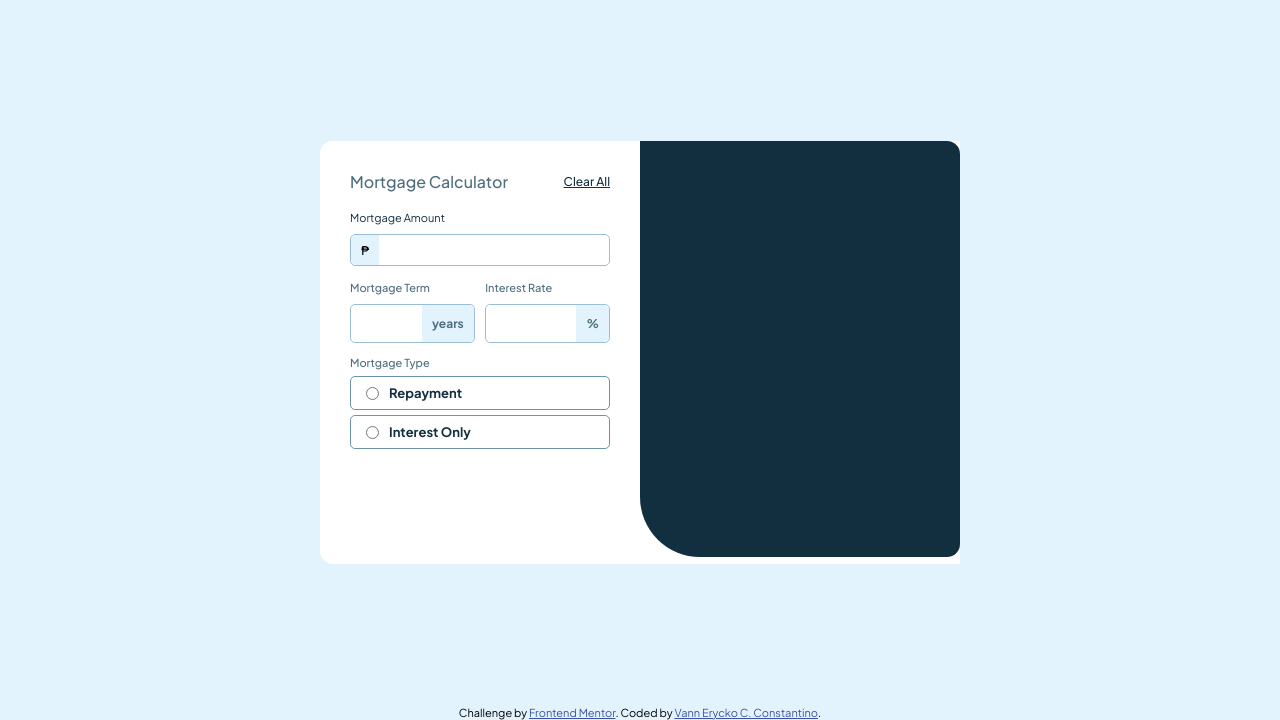
Repository: kocokoy/mortgage-repayment-calculator
Page: index.html
These files come from the project's save history. The page is drawn as it stood at one moment and after the next save; the edit follows.
The browser window is 1280 px wide. The pictures show the whole page.

Above is the page before, as saved 2024-10-29 14:24:31.

### index.html
<!DOCTYPE html>
<html lang="en">
<head>
  <meta charset="UTF-8">
  <meta name="viewport" content="width=device-width, initial-scale=1.0"> <!-- displays site properly based on user's device -->

  <link rel="icon" type="image/png" sizes="32x32" href="./assets/images/favicon-32x32.png">
  <link rel="stylesheet" href="/styles/style.css">
  <link rel="preconnect" href="https://fonts.googleapis.com">
<link rel="preconnect" href="https://fonts.gstatic.com" crossorigin>
<link href="https://fonts.googleapis.com/css2?family=Karla:ital,wght@0,200..800;1,200..800&family=Plus+Jakarta+Sans:ital,wght@0,200..800;1,200..800&family=Red+Hat+Text:ital,wght@0,300..700;1,300..700&display=swap" rel="stylesheet">

  <title>Frontend Mentor | Mortgage repayment calculator</title>
</head>
<body>
  <div class="container">
    <div class="container-card">
      <div class="mortgage-calculator-side">
        <div class="mortgage-calculator-header">
          <p>Mortgage Calculator</p>
          <button>Clear All</button>
        </div>
        <div class="mortgage-calculator-amount">
          <p>Mortgage Amount</p>
          <div class="mortgage-calculator-amount-input">
            <div>&#8369;</div>
            <input type="text">
          </div>
          <div class="field-require-text">
            this field is required
          </div>
        </div>
        <div class="mortgage-calculator-term-and-interest">
          <div class="mortgage-calculator-term-section">
            <p>Mortgage Term</p>
            <div class="mortgage-calculator-term-section-mortgage">
              <input type="text" name="" id="">
              <div>years</div>
            </div>
            <div class="field-require-text">
              this field is required
            </div>
          </div>
          <div class="mortgage-calculator-term-section">
            <p>Interest Rate</p>
            <div class="mortgage-calculator-term-section-mortgage">
              <input type="text" name="" id="">
              <div>%</div>
            </div>
            <div class="field-require-text">
              this field is required
            </div>
          </div>
        </div>
        <div class="mortgage-calculator-type">
          <p>Mortgage Type</p>
          <div class="mortgage-calculator-type-radio">
            <input type="radio">
            <div>Repayment</div>
          </div>
          <div class="mortgage-calculator-type-radio">
            <input type="radio">
            <div>Interest Only</div>
          </div>
        </div>
        <div></div>
      </div>
      <div class="result-side"></div>
    </div>
  </div>


  <div class="attribution">
    Challenge by <a href="https://www.frontendmentor.io?ref=challenge">Frontend Mentor</a>.
    Coded by <a href="#">Vann Erycko C. Constantino</a>.
  </div>
</body>
</html>

### styles/style.css
:root{
/* Primary */

--lime: hsl(61, 70%, 52%);
--red: hsl(4, 69%, 50%);

/* Neutral */

--white: hsl(0, 0%, 100%);
--slate100: hsl(202, 86%, 94%);
--slate300: hsl(203, 41%, 72%);
--slate500: hsl(200, 26%, 54%);
--slate700: hsl(200, 24%, 40%);
--slate900: hsl(202, 55%, 16%);
}

.attribution {
  font-size: 11px; text-align: center;
 }
.attribution a {
  color: hsl(228, 45%, 44%);
 }

 *{
  font-family: Plus Jakarta Sans;
 }

body{
  margin: 0;
  padding: 0;
  background-color: var(--slate100);
}
.container{
  height: 98vh;
  display: flex;
  flex-direction: column;
  justify-content: center;
  align-items: center;
}
.container-card{
  display: flex;
  flex-direction: row;
  height: 60%;
  width: 50%;
  background-color: var(--white);
  border-bottom-left-radius: 13px;
  border-top-left-radius: 13px;
}

.field-require-text{
  margin-top: 10px;
  color: var(--red);
  font-size: 10px;
  font-weight: 900;
  margin-bottom: 3px;
  display: none;
}
.mortgage-calculator-side{
height: 84%;
width: 50%;
background-color: var(--white);
border-bottom-left-radius: 13px;
border-top-left-radius: 13px;
padding: 30px;

}
.result-side{
  height: 84%;
  width: 50%;
  padding: 30px;
  overflow: hidden;
  background-color: var(--slate900);
  border-bottom-left-radius: 60px;
  border-bottom-right-radius: 13px;
  border-top-right-radius: 13px;

}

/*Mortgage Calculator Header */
.mortgage-calculator-header{
  display: flex;
  flex-direction: row;
  align-items: center;
  justify-content: space-between;
}
.mortgage-calculator-header p{
 margin: 0;
 font-weight: 500;
 color: var(--slate700);
}
.mortgage-calculator-header button{
 margin: 0;
 font-weight: 500;
 font-size: 12px;
 color: var(--slate900);
 background-color: var(--white);
 text-decoration: underline;
 cursor: pointer;
 border: none;
 padding: 0;
}

/*Mortgage Calculator Amount  */
.mortgage-calculator-amount{
  padding-top: 19px ;
  display: flex;
  flex-direction: column;
  margin-bottom: 15px;
}
.mortgage-calculator-amount p{
  margin: 0;
  font-size: 11px;
  color: var(--slate900);
  padding-bottom: 10px;
}

.mortgage-calculator-amount-input{
  display: flex;
  flex-direction: row;
  height: 30px;
  border: 1px solid var(--slate300);
  border-radius: 5px;
}
.mortgage-calculator-amount-input div{
  background-color: var(--slate100);
  height: 100%;
  width: 35px;
  display: flex;
  justify-content: center;
  align-items: center;
  font-size: 12px;
  font-weight: 500;
  border: none;
  border-top-left-radius: 5px;
  border-bottom-left-radius: 5px;
}
.mortgage-calculator-amount-input input{
  width: 100%;
  border: none;
  border-top-right-radius: 5px;
  border-bottom-right-radius: 5px;
  padding: 0 10px;
}

.mortgage-calculator-amount-input input:focus{
  outline: none;
}

/* Mortgage Calculator Mortgage Term and Interest Rate */

.mortgage-calculator-term-and-interest{
  display: flex;
  flex-direction: row;
  width: 100;
  justify-content: space-between;
}
.mortgage-calculator-term-section{
  width: 48%;
}
.mortgage-calculator-term-section p{
  margin: 0;
  font-size: 11px;
  color: var(--slate700);
  padding-bottom: 10px;
  font-weight: 500;
}

.mortgage-calculator-term-section-mortgage{
  display: flex;
  flex-direction: row;
  border: 1px solid var(--slate300);
  border-radius: 5px;
}

.mortgage-calculator-term-section-mortgage input{
  width: 90%;
  padding: 10px;
  font-weight: 700;
  border: none;
  border-top-left-radius: 5px;
  border-bottom-left-radius: 5px;
}
.mortgage-calculator-term-section-mortgage div{
  width: auto;
  background-color: var(--slate100);
  color: var(--slate700);
  font-size: 12px;
  display: flex;
  justify-content: center;
  align-items: center;
  font-weight: 700;
  padding: 7px 10px;
  border-top-right-radius: 5px;
  border-bottom-right-radius: 5px;
}

.mortgage-calculator-term-section-mortgage input:focus{
  outline: none;
}

/* Mortgage Calculator Type */
.mortgage-calculator-type{
  display: block;
  margin-top: 13px;
}

.mortgage-calculator-type p{
  margin: 0;
  font-size: 11px;
  color: var(--slate700);
  padding-bottom: 2px;
  font-weight: 500;
}

.mortgage-calculator-type-radio{
  border: 1px solid var(--slate500);
  display: flex;
  flex-direction: row;
  justify-content: start;
  align-items: center;
  padding: 8px 5px ;
  margin-top: 5px;
  border-radius: 5px;
}
.mortgage-calculator-type-radio input{
 margin: 0 10px;
}

.mortgage-calculator-type-radio div{
  font-size: 13px;
  font-weight: 700;
  color: var(--slate900);
}

After the next save:
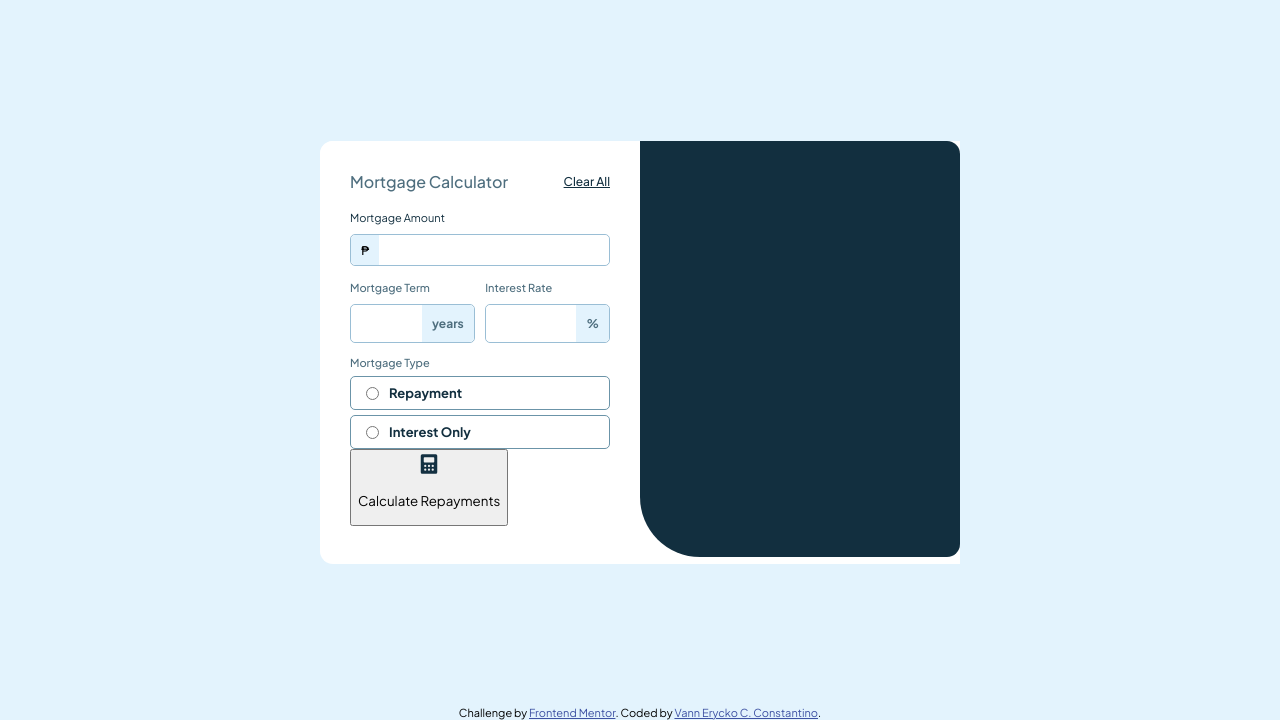
Saved 54 s later.
--- a/index.html
+++ b/index.html
@@ -63,7 +63,12 @@
             <div>Interest Only</div>
           </div>
         </div>
-        <div></div>
+        <div>
+          <button>
+            <img src="/assets/images/icon-calculator.svg" alt="">
+            <p>Calculate Repayments</p>
+          </button>
+        </div>
       </div>
       <div class="result-side"></div>
     </div>
